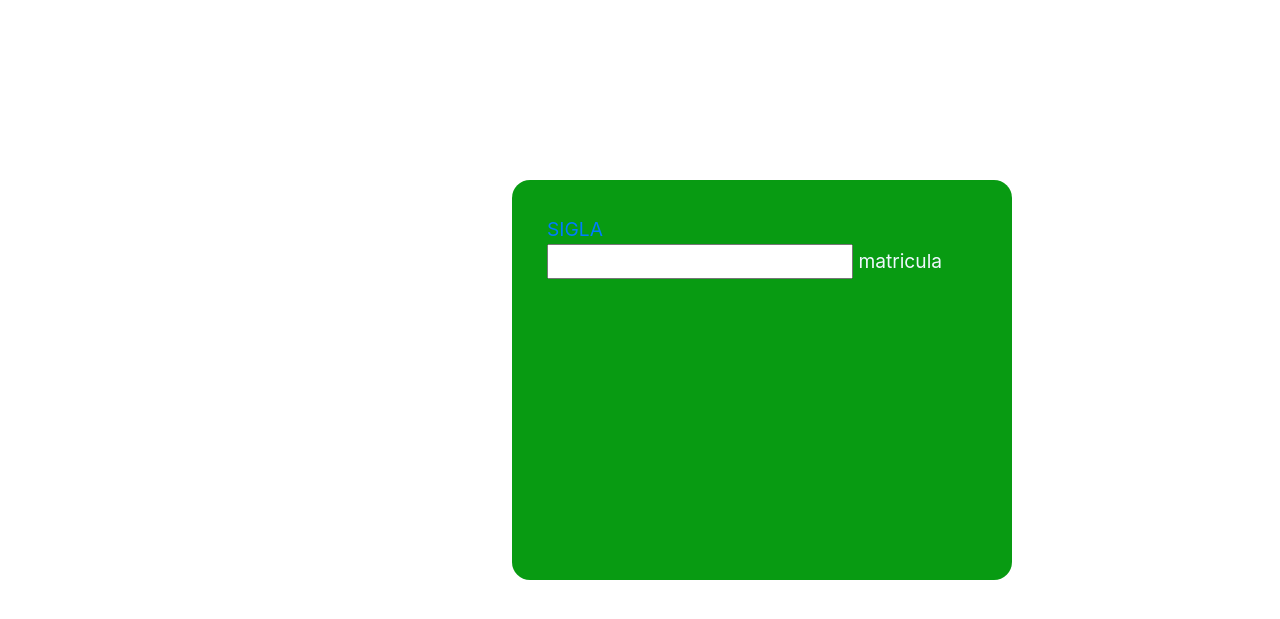
Repository: Melancia06/agenda
Page: index.html
An editor plug-in stored every save of this project. The page is shown before and after the next save, followed by the edit.
The browser window is 1280 px wide. The pictures show the whole page.

Above is the page before, as saved 2024-08-08 09:32:17.

### index.html
<!DOCTYPE html>
<html lang="en">
<head>
    <meta charset="UTF-8">
    <meta name="viewport" content="width=device-width, initial-scale=1.0">
    <link rel="stylesheet" href="css/bootstrap.css">
    <link rel="stylesheet" href="css/fontawasome.css">
    <link rel="stylesheet" href="css/css.css">
    <title>começando a fazer esboço do sigla</title>
</head>
<body>
    <div class="marca" ><a class="marca-marca" href="#"> SIGLA</a>
        <br>
        <input type="text" name="matricula" id="matricula" class="input" required>
        <label for="matricula">matricula</label>
    </div>
</body>
</html>

### css/css.css
.marca{
    position: absolute;
   background-color:rgb(8, 155, 18);
   left: 40%;
   top: 25%;
    padding: 35px;
    border-radius: 18px;
    color: aliceblue;
 font-size: larger;
 min-width: 100px;
min-width: 500px;
min-height: 400px;
max-height: 500px;
}
.marca-marca:hover{

    background-color:rgb(18, 175, 18);
}

Loaded but not shown: css/bootstrap.css (library); css/fontawasome.css (4616 lines, source omitted)

After the next save:
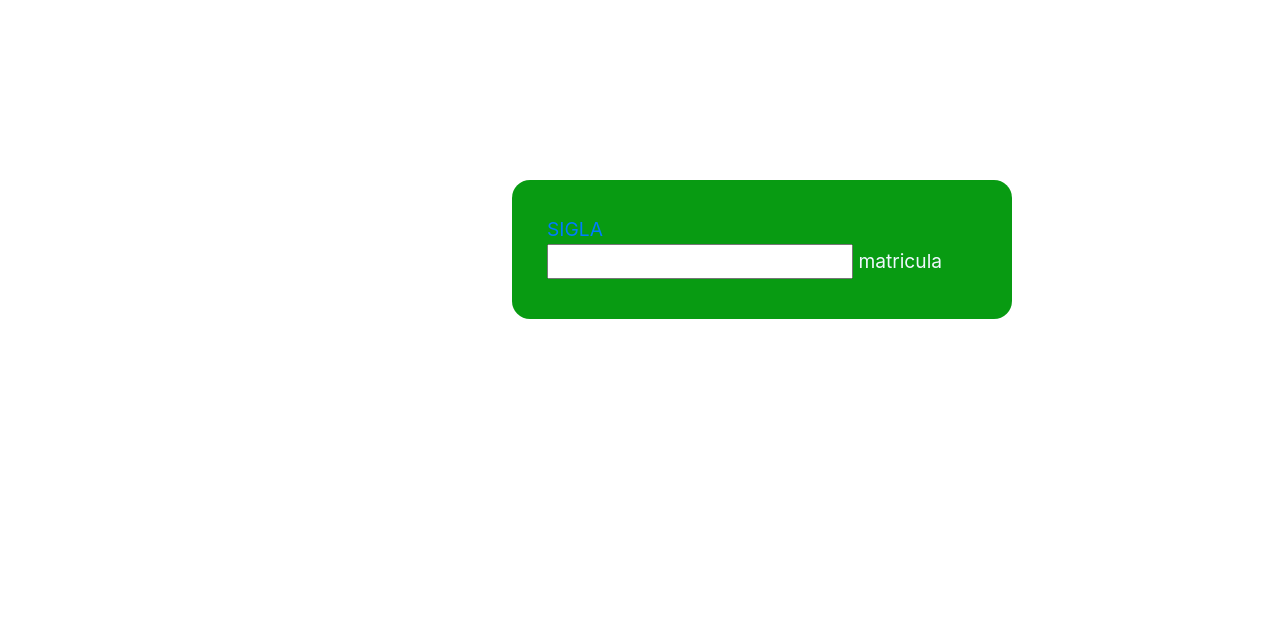
Saved 9 s later.
--- a/css/css.css
+++ b/css/css.css
@@ -9,8 +9,7 @@
  font-size: larger;
  min-width: 100px;
 min-width: 500px;
-min-height: 400px;
-max-height: 500px;
+
 }
 .marca-marca:hover{
 
